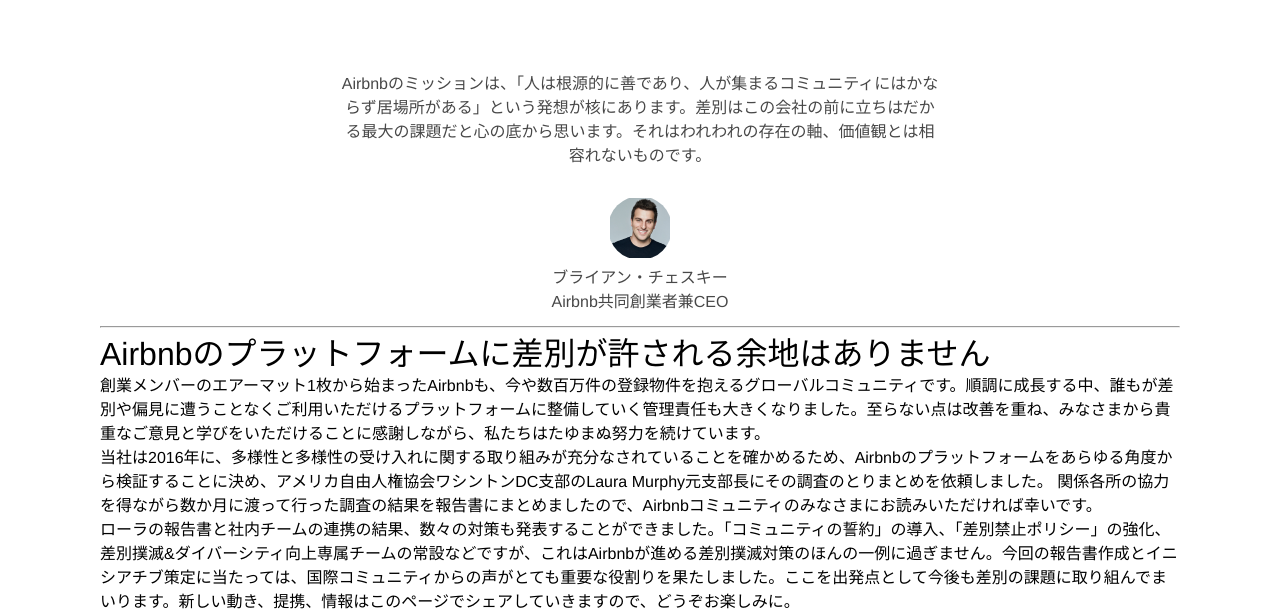
Repository: Ryoma-tech/20200622_htmlcss01
Page: index.html
These files come from the project's save history. The page is drawn as it stood at one moment and after the next save; the edit follows.
The browser window is 1280 px wide. The pictures show the part of the page from y = 648 to 1295 px (the page is 1260 px tall before and 1295 px after).

Above is the page before, as saved 2020-06-23 15:34:08.

After the next save:
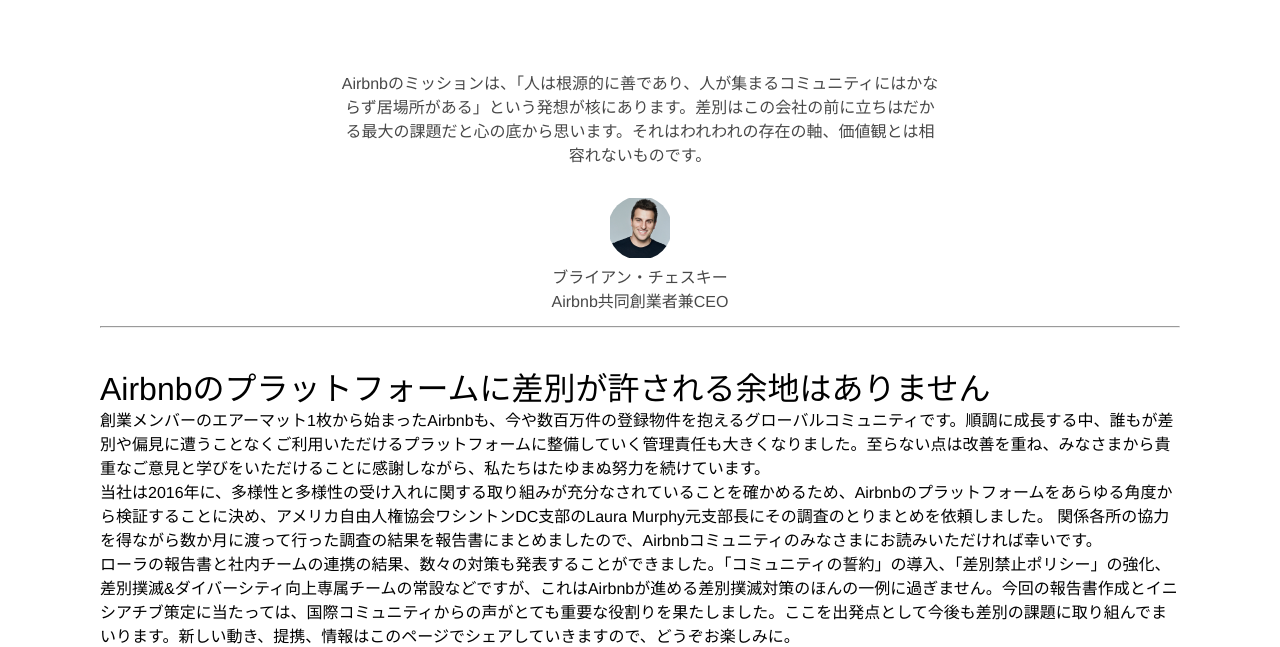
Saved 43 s later.
--- a/style.css
+++ b/style.css
@@ -152,7 +152,9 @@
     background: rgb(173, 172, 172);
 }
 
-.section2 {}
+.section2 {
+    margin-top: 43px;
+}
 
 .section2 h2 {
     font-style: normal;
